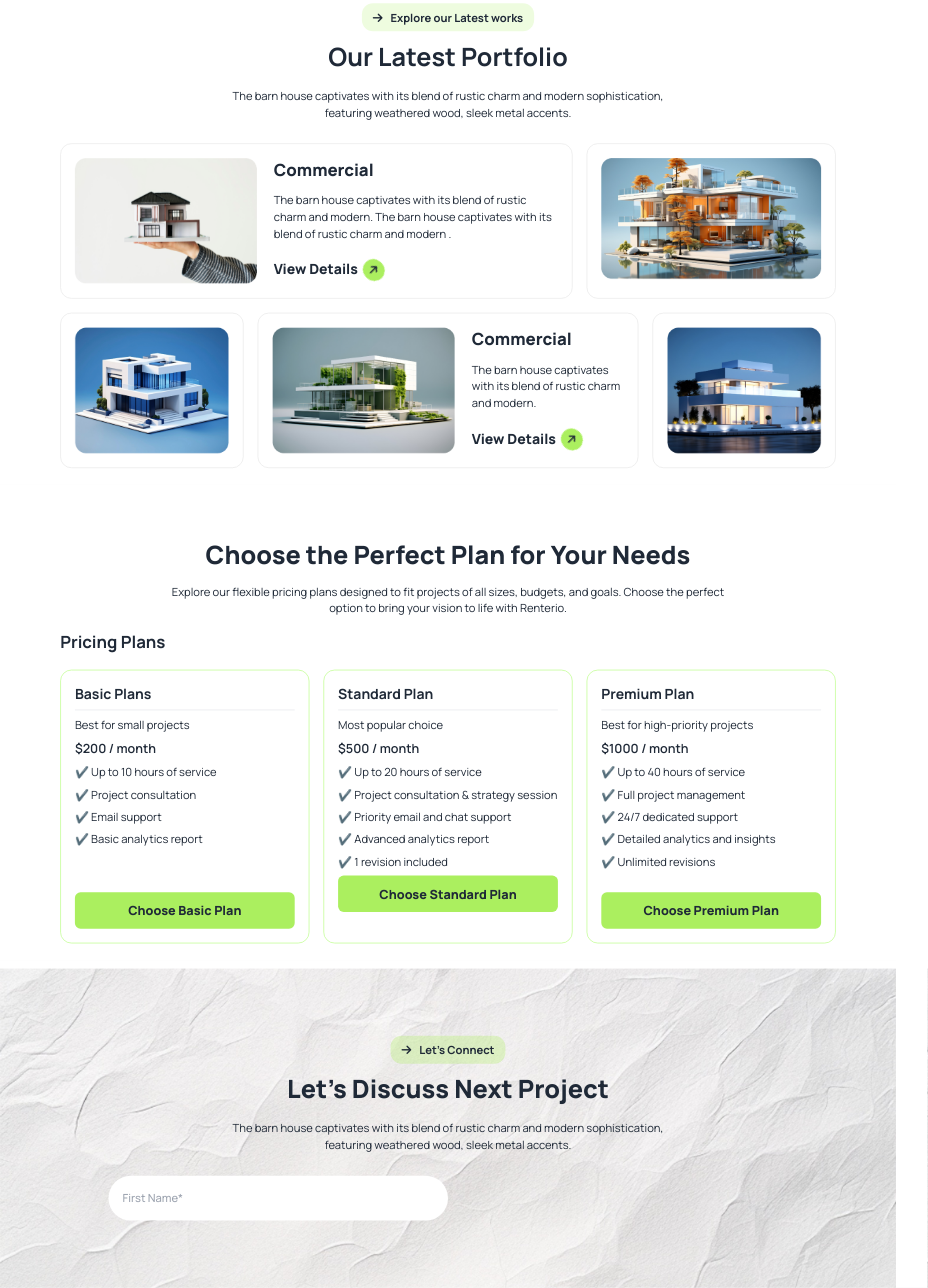
Repository: Tanvir4312/assignment-03
Page: index.html
An editor plug-in stored every save of this project. The page is shown before and after the next save, followed by the edit.
The browser window is 1280 px wide. The page is 1325 px wide, so the pictures cover 1325 px, including what lies to the right of the window. The pictures show the part of the page from y = 2374 to 4214 px (the page is 4214 px tall), at 70% of full size.
Some web libraries are served in a nearby version.

Above is the page before, as saved 2024-10-30 21:03:54.

After the next save:
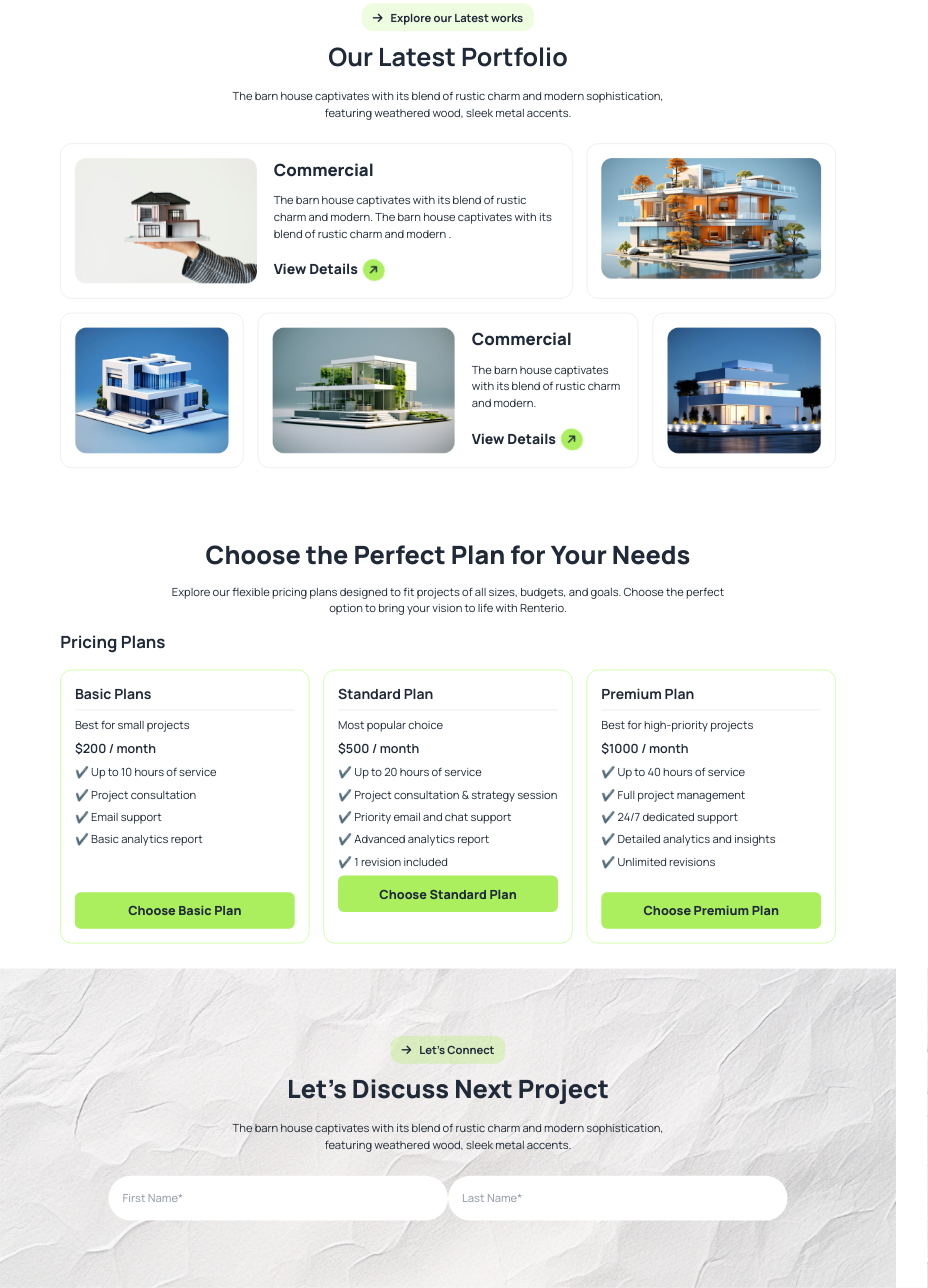
Saved 23 s later.
--- a/index.html
+++ b/index.html
@@ -377,6 +377,7 @@
             <!-- Input Field -->
              <div class="grid grid-cols-1 md:grid-cols-2">
                 <input class="p-5 rounded-[64px]" type="text" name="" id="" placeholder="First Name*">
+                <input class="p-5 rounded-[64px]" type="text" name="" id="" placeholder="Last Name*">
 
              </div>
         </div>
